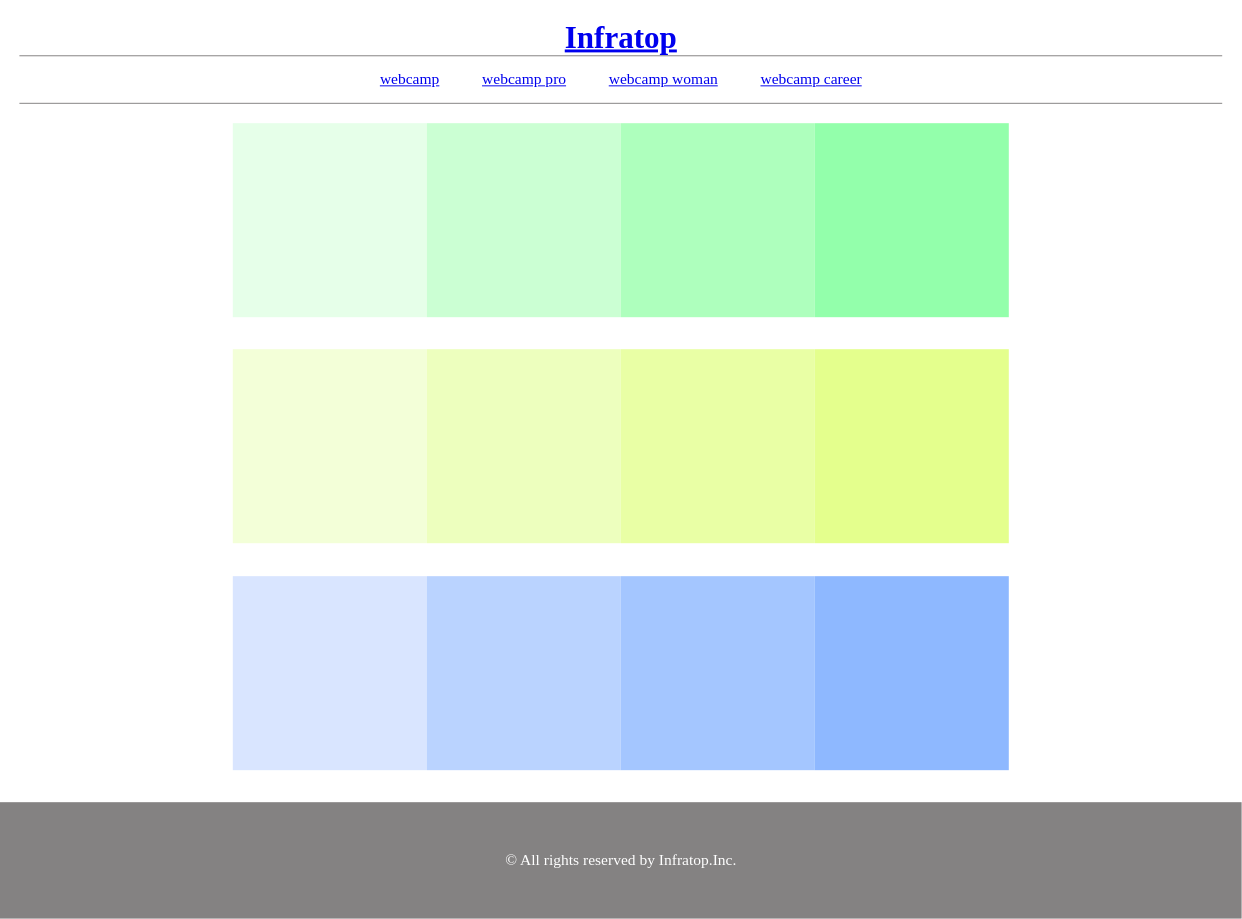
Repository: tkikokiko/webcamp-practice
Page: 1-5/index1-5.html
The author's editor kept a record of every edit. The page is drawn from the files as they stood at one moment, then again after the next edit.
The browser window is 1280 px wide. The pictures show the whole page, at 97% of full size.

Above is the page before.

After the next edit:
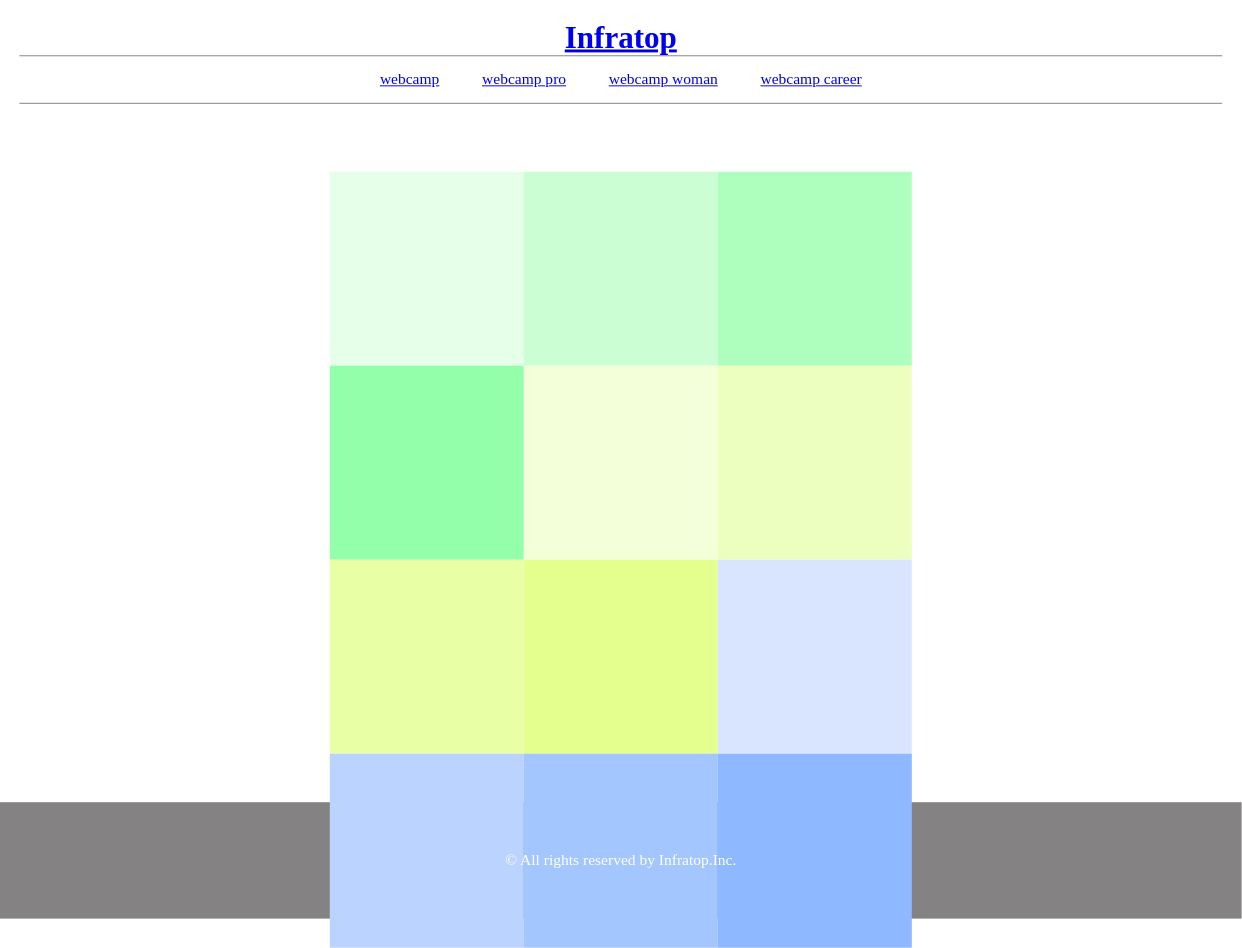
The edit:
--- a/1-5/style1-5.css
+++ b/1-5/style1-5.css
@@ -38,6 +38,7 @@
   display: flex;
   justify-content: center;
   margin: 0 auto;
+  padding: 50px;
   flex-wrap: wrap;
 }
 
